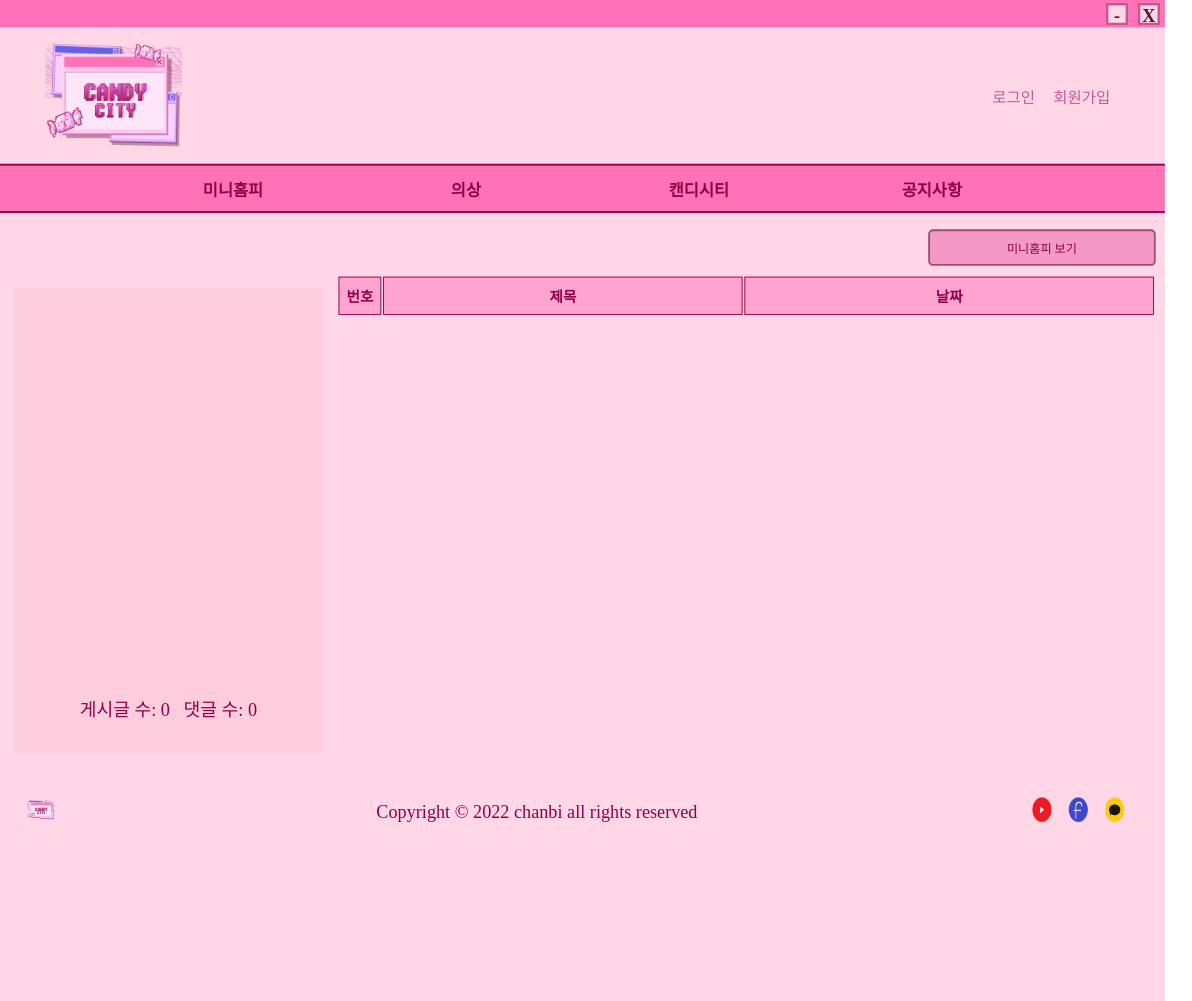
Repository: chanbiM/candyCityProject
Page: http://localhost/CandyCityProj/GetPostList
An editor plug-in stored every save of this project. The page is shown before and after the next save, followed by the edit.
The browser window is 1280 px wide. The page is 1310 px wide, so the pictures cover 1310 px, including what lies to the right of the window. The pictures show the whole page, at 91% of full size.
Some web fonts or font styles are not loaded; a fallback is used. The page is served by Tomcat 9. Other server files are loaded and not shown. Queries for data that is not in the repository find no rows.

Above is the page before, as saved 2022-11-18 10:01:38.

### CandyCityProj/WebContent/member/homepi/postList.jsp
<%@page import="vo.PostVO"%>
<%@page import="java.util.ArrayList"%>
<%@ page language="java" contentType="text/html; charset=UTF-8"
	pageEncoding="UTF-8"%>
<%@ include file="/header.jsp"%>
<link rel="stylesheet" href="/css/homepiStyle.css">
<link rel="stylesheet" href="/css/postListStyle.css">
<%
	MemberVO hompiData = (MemberVO) request.getAttribute("homepiUser");
	ArrayList<PostVO> postData = (ArrayList<PostVO>) request.getAttribute("postData");
%>
	        <!-- 미니홈피 보기-->
        <br>
			<!-- 버튼박스-->
			<div class="buttonBox">
			<button class="listBtn">
				<a href="/GetHomepi?id=<%= hompiData.getId() %>">미니홈피 보기</a>
			</button>
			<%
			if(vo != null) {

			%>
			<button class="listBtn">
				<a href="/GetHomepi?id=<%= vo.getId() %>">내 미니홈피로</a>
			</button>
			<%
			}
			%>

			</div>

			<div class="character_info">
	<div class="info_character">
		<!-- 유저캐릭터 전신 삽입-->
	</div>

	<!--내 홈피일 경우-->
	<%
	if(vo == null) {
	%>
		<br><br><br><br>
		<p style="font-size: 20px;">게시글 수: <%= hompiData.getPostNum() %> &nbsp; 댓글 수: <%= hompiData.getCommentNum() %></p>
	<%
	} else {
	%>
		<% if(vo.getId().equals(hompiData.getId())) {%>
		<a href="#" style="color: #804d66;">캐릭터 설정</a><br> <br>
		<button id="post_btn">
			<a href="/member/post/insertPost.jsp">글쓰기</a>
		</button>
		<% } %>
		<p style="font-size: 16px;">게시글 수: <%= hompiData.getPostNum() %> &nbsp; 댓글 수: <%= hompiData.getCommentNum() %></p>
	<% } %>

</div>

			<!--대표 게시글 목록-->
			<table id="post_list">
				<tr>
					<th class="number">
						번호
					</th>

					<th class="title">
						제목
					</th>

					<th class="name">
						날짜
					</th>
				</tr>

				<%
					int num = 1;
					for(PostVO data : postData) {
				%>
					<tr>
						<td>
							<a href=""><%= num %></a>
						</td>
						<td>
							<a href=""><%= data.getTitle() %></a>
						</td>
						<td>
						<%
                				if(data.getUpdateDate() == null) {
                			%>
                				<a href=""><%= data.getWriteDate() %></a>
                			<%
                				} else {
                			%>
                					<a href=""><%= data.getUpdateDate() %></a>
                			<%
                				}
                			%>
						</td>
				</tr>
					<% num++; %>
				<% } %>


			</table>

<%@ include file="/footer.jsp"%>

### CandyCityProj/WebContent/header.jsp
<%@page import="vo.MemberVO"%>
<%@ page language="java" contentType="text/html; charset=UTF-8"
	pageEncoding="UTF-8"%>
<!DOCTYPE html>
<html>
<head>
<meta charset="UTF-8">
<title>Candy City</title>
<link rel="stylesheet" href="/css/mainStyle.css">
<script src="/js/jquery-3.1.1.min.js"></script>
</head>
<body>
	<div class="wrapper">
		<!-- 창 바 -->
		<div class="window">
			<button class="widow_btn" id="-_btn">-</button>
			<button class="widow_btn" id="x_btn">X</button>
		</div>

		<header>
			<!-- 로고 -->
			<div class="logo">
				<a href="/index.jsp"><img alt="로고" src="/images/logo.png"></a>
			</div>

			<!-- 기타 메뉴바 -->
			<div class="minimenu">

				<ul>
					<%
						MemberVO vo = (MemberVO) session.getAttribute("loginOK");
						if (vo == null) {
					%>
					<li><a href="/member/login.jsp">로그인</a></li>
					<li><a href="/member/insertMember.jsp">회원가입</a></li>
					<%
						} else {
					%>
					<li><a href="/member/myPage.jsp"><%=vo.getName()%>님</a></li>
					<li><a href="/logout"> 로그아웃 </a></li>
					<li><a href="/member/myPage.jsp">마이페이지</a></li>

					<%
						}
					%>
				</ul>

			</div>
		</header>

		<!-- 메뉴바 -->
		<nav>
			<ul class="mainmenu">
				<li><a href="/getHomepiList">미니홈피</a>
					<ul class="submenu">
					<%
						if (vo == null) {
					%>
						<li><a href="/member/login.jsp">내 미니홈피</a></li>
						<li><a href="/getHomepiList">미니홈피 목록</a></li>
					<%
						} else {
					%>

						<li><a href="/GetHomepi?id=<%= vo.getId() %>">내 미니홈피</a></li>
						<li><a href="/getHomepiList">미니홈피 목록</a></li>
					<%
						}
					%>
					</ul></li>

				<li><a href="#">의상</a>
					<ul class="submenu">
					<%
						if (vo == null) {
					%>
						<li><a href="/member/login.jsp">내 의상</a></li>
						<li><a href="/member/login.jsp">의상 상점</a></li>
						<li><a href="/member/login.jsp">의상 설정</a></li>
					<% } else {
					%>
						<li><a href="/getcCostumeList?id=<%= vo.getId() %>&name=<%= vo.getName() %>">내 의상</a></li>
						<li><a href="/getShopList?id=<%= vo.getId() %>">의상 상점</a></li>
						<li><a href="/characterSet">의상 설정</a></li>
					<%
					} %>
					</ul></li>

				<li><a href="/getCandyCityList">캔디시티</a>
					<ul class="submenu">
					</ul></li>

				<li><a href="/getNoticeList?type=E">공지사항</a>
					<ul class="submenu">
						<li><a href="/getNoticeList?type=E">이벤트</a></li>
						<li><a href="/getNoticeList?type=N">공지사항</a></li>
						<li><a href="/getNoticeList?type=R">당첨자 발표</a></li>
					</ul></li>

				<%
					MemberVO adminVo = (MemberVO) session.getAttribute("manager");
					if (adminVo != null) {
				%>
				<li><a href="/getUserList">관리자용 메뉴</a>
					<ul class="submenu">
						<li><a href="/getUserList">유저 리스트</a></li>
						<!-- <li><a href="#">문의글 확인</a></li>
						<li><a href="#">신고글 확인</a></li> -->
						<li><a href="/admin/noticeInsert.jsp">공지사항/이벤트 작성</a></li>
					</ul></li>
			<%
				}
			%>
			</ul>

		</nav>

### CandyCityProj/WebContent/footer.jsp
<%@ page language="java" contentType="text/html; charset=UTF-8"
    pageEncoding="UTF-8"%>
        <!-- 푸터 영역 -->
        <footer>
            <!-- 하단로고 -->
            <div>
                <a href="/index.jsp" class="logo">
                    <img src="/images/logo.png" alt="로고" >
                </a>
            </div>
            <!-- 카피라이트 -->
            <div class="copyright">
                <p> Copyright &copy; 2022 chanbi all rights reserved</p>
            </div>
            <!-- SNS -->
            <div>
                <ul class="sns">
                    <li><a href="https://www.youtube.com/@rorochanbi"><img src="/images/youtube.png" alt="유튜브" height="40"></a></li>
                    <li><a href="#"><img src="/images/facebook.png" alt="페이스북" height="40"></a></li>
                    <li><a href="https://open.kakao.com/o/s1olGebe"><img src="/images/kakao.png" alt="카카오톡" height="40"></a></li>
                </ul>
            </div>
        </footer>
    </div>
	<script src="/js/script.js"></script>
</body>
</html>

### CandyCityProj/src/controller/GetPostListController.java
package controller;

import java.io.IOException;
import java.io.PrintWriter;
import java.util.ArrayList;

import javax.servlet.ServletException;
import javax.servlet.annotation.WebServlet;
import javax.servlet.http.HttpServlet;
import javax.servlet.http.HttpServletRequest;
import javax.servlet.http.HttpServletResponse;

import dao.MemberDAO;
import dao.PostDAO;
import vo.MemberVO;
import vo.PostVO;

/**
 * Servlet implementation class GetPostList
 */
@WebServlet("/GetPostList")
public class GetPostListController extends HttpServlet {
	private static final long serialVersionUID = 1L;

	public GetPostListController() {
		super();
		// TODO Auto-generated constructor stub
	}

	protected void doGet(HttpServletRequest request, HttpServletResponse response)
			throws ServletException, IOException {
		response.setContentType("text/html; charset=UTF-8");
		request.setCharacterEncoding("UTF-8");
		PrintWriter out = response.getWriter();
		MemberDAO dao = new MemberDAO();
		PostDAO postDao = new PostDAO();

		String userId = request.getParameter("id");

		if (userId == null) {
			out.println("<script>alert('잘못된 경로입니다'); history.back(); </script>");
		}

		MemberVO homepiData = dao.getMemberInfo(userId);
		ArrayList<PostVO> postData = postDao.getPost(userId);

		if (homepiData.getId() == null) {
			out.println("<script>alert('해당 유저를 찾을 수 없습니다'); history.back(); </script>");
		}

		request.setAttribute("homepiUser", homepiData);
		request.setAttribute("postData", postData);

		request.getRequestDispatcher("/member/homepi/postList.jsp").forward(request, response);
	}


	protected void doPost(HttpServletRequest request, HttpServletResponse response)
			throws ServletException, IOException {
		// TODO Auto-generated method stub
		doGet(request, response);
	}

}

### CandyCityProj/src/vo/MemberVO.java
package vo;

import java.sql.Date;

import oracle.sql.DATE;

public class MemberVO {
	private String id;
	private String pwd;
	private String name;
	private String gender;
	private int join_num;
	private int candy;
	private int postNum;
	private int commentNum;
	private String manager;
	private String introduce;

	private Date joinDate;
	private Date loginDate;

	public Date getJoinDate() {
		return joinDate;
	}

	public void setJoinDate(Date joinDate) {
		this.joinDate = joinDate;
	}

	public Date getLoginDate() {
		return loginDate;
	}

	public void setLoginDate(Date loginDate) {
		this.loginDate = loginDate;
	}

	public String getIntroduce() {
		return introduce;
	}

	public void setIntroduce(String introduce) {
		this.introduce = introduce;
	}

	public MemberVO() {
	}

	public String getId() {
		return id;
	}

	public void setId(String id) {
		this.id = id;
	}

	public String getPwd() {
		return pwd;
	}

	public void setPwd(String pwd) {
		this.pwd = pwd;
	}

	public String getName() {
		return name;
	}

	public void setName(String name) {
		this.name = name;
	}

	public String getGender() {
		return gender;
	}

	public void setGender(String gender) {
		this.gender = gender;
	}

	public int getJoin_num() {
		return join_num;
	}

	public void setJoin_num(int join_num) {
		this.join_num = join_num;
	}

	public int getCandy() {
		return candy;
	}

	public void setCandy(int candy) {
		this.candy = candy;
	}

	public int getPostNum() {
		return postNum;
	}

	public void setPostNum(int postNum) {
		this.postNum = postNum;
	}

	public int getCommentNum() {
		return commentNum;
	}

	public void setCommentNum(int commentNum) {
		this.commentNum = commentNum;
	}

	public String getManager() {
		return manager;
	}

	public void setManager(String manager) {
		this.manager = manager;
	}

}

### CandyCityProj/src/common/JdbcUtill.java
package common;

import java.sql.Connection;
import java.sql.DriverManager;
import java.sql.PreparedStatement;
import java.sql.ResultSet;

public class JdbcUtill {
	public static Connection getConnection() {
		Connection conn = null;

		try {
			Class.forName("oracle.jdbc.driver.OracleDriver");
			conn = DriverManager.getConnection("jdbc:oracle:thin:@localhost:1521:xe", "hr", "hr");
		} catch (Exception e) {
			System.out.println("DB 연결 실패");
			e.printStackTrace();
		}
		return conn;
	}

	public static void close(Connection conn, PreparedStatement pstmt) {
		if (pstmt!= null) {
			try {
				pstmt.close();
			} catch (Exception e) {
				// TODO: handle exception
				System.out.println("pstmt.close() 실패");
			}
		}

		if(conn != null) {
			try {
				conn.close();
			} catch (Exception e) {
				// TODO: handle exception
				System.out.println("conn.close() 실패");
				e.printStackTrace();
			}
		}
	}

	public static void close(Connection conn, PreparedStatement pstmt, ResultSet rs) {
		if(rs != null) {
			try {
				rs.close();
			} catch (Exception e) {
				// TODO: handle exception
				System.out.println("rs.close() ����");
				e.printStackTrace();
			}
		}
		close(conn, pstmt);
	}


}

### CandyCityProj/WebContent/css/homepiStyle.css
body {
    -ms-overflow-style: none;
}

a:hover {
	cursor: pointer;
}
body::-webkit-scrollbar {
    display: none;
}
.wrapper {
	min-height: 1100px;
}

.member_info {
    width: 95%;
    background-color: #fecddd;
    height: 150px;
    margin: auto;
    padding: 20px;
}

.member_info li{
	height: 100%;
}
.member_info ul {
    display: flex;
    justify-content: space-evenly;
    align-items: center;
    height: 100%;
}

.profile_char img{
    width: 150px;
    height: 150px;
    background-color: rgb(164, 111, 130);
    border-radius: 20px;
}

.info {
    width: 800px;
}

#homepi_info {
    width: 150px;
    height: 40px;
    margin-top: 100px;
    background-color: #ca6497;
    color: #fff1f1;
    border: 2px #9a4f74 solid;
    border-radius: 5px;
}

#homepi_info:hover {
    background-color: #943464;
    color: #d5c8c8;
    cursor: pointer;
    transition: background-color 0.2s, color 0.2s;
}

input:focus {outline: none;}

input::placeholder {
    color: #7e3b5d;
}

.character_info {
    float: left;
    width: 300px;
    background-color: #fecddd;
    height: 470px;
    margin: 15px;
    padding: 20px;
    text-align: center;
}

.info_character {
    width: 280px;
    border-radius: 20px;
    height: 350px;
    display: flex;
    margin: auto;
    margin-bottom: 5px;
}

.info_character img {
	width: 300px;
	height: 400px;
	position: absolute;
}

#post_btn {
    width: 250px;
    height: 40px;
    margin-bottom: 10px;
    background-color: #ca6497;
    color: #fff1f1;
    border: 2px #9a4f74 solid;
    border-radius: 5px;
}
#post_btn:hover {
    background-color: #943464;
    color: #d5c8c8;
    cursor: pointer;
    transition: background-color 0.2s, color 0.2s;
}

.post_search {
    margin: 15px;

}

input[type="text"]{
   width: 65%;
   height: 50px;

    font-size: 25px;
    padding-left: 5px;
    /*border: #811b4e 2px solid;*/
    border: 2px solid #943464;
    background-color: rgb(255, 255, 255);
  }

  input[type="submit"]{
    width: 5%;
    height: 56px;
    background-color: #ca6497;
    color: #fff1f1;
    border: 2px #9a4f74 solid;
  }
  input[type="submit"]:hover {
    background-color: #943464;
    color: #d5c8c8;
    cursor: pointer;
    transition: background-color 0.2s, color 0.2s;
}

.representative_post {
    border: 2px solid #943464;

    width: 66%;
    height: 750px;
    display: inline-block;
    padding: 20px;
}
#post_content {
    height: 370px;
}
#post_list {
    display: flex;
    align-items: flex-end;
    justify-content: flex-end;
}
#post_list button{
    background-color: #ca6497;
    color: #fff1f1;
    border: 2px #9a4f74 solid;
    width: 200px;
    height: 40px;
}



#post_list button:hover {
    background-color: #943464;
    color: #d5c8c8;
    cursor: pointer;
    transition: background-color 0.2s, color 0.2s;
}

hr {
    width: 100%;
    text-align: center;
    margin: auto;

	height : 1px;
    border: 0;
	background-color : #811b4e;
}

.post {
    border: 2px solid #943464;

    width: 66%;
    height: 750px;
    display: inline-block;
    padding: 20px;
}

.title {
	margin: 0px;
}

.notice {
	border: 2px solid #943464;

    width: 1180px;
    height: 750px;
    padding: 20px;
    margin: 30px;
}

#notice_content {
	height: 600px;
}

#notice_list {
    display: flex;
    justify-content: flex-end;
    margin-right: 30px;
}
#notice_list button{
    background-color: #ca6497;
    color: #fff1f1;
    border: 2px #9a4f74 solid;
    width: 200px;
    height: 40px;
}


.head {
	z-index: 60;
}

.eyes {
	z-index: 59;
}

.body {
	z-index: 61;
}

.shoes {
	z-index: 58;
}

.character {
	z-index: 50;

}

### CandyCityProj/WebContent/css/postListStyle.css
#post_list {
    width: 900px;
    display: flex;
    justify-content: center;

}

th {
	background-color: #ffa4d1;
}


td, th, tr {
	text-align: center;
    border: 1px solid;
    height: 40px;
    overflow: hidden;
}

.number {
    width: 70px;
}

.title {
    width: 700px;
}
.date {
	width: 300px;
}
.end {
	width: 250px;
}
.type {
    width: 80px;
}

.name {
	width: 800px;
}

.joinDate {
	width: 400px;
}

.loginDate {
	width: 400px;
}

.buttonBox {
	width: 100%;
    display: flex;
    justify-content: flex-end;

}

.listBtn {
	margin-right: 10px;
	margin-bottom: 20px;
	width: 250px;
    height: 40px;
    margin-bottom: 10px;
    background-color: #f499c5;
    border: 2px #9a4f74 solid;
    border-radius: 5px;
}

.listBtn:hover {
    background-color: #943464;
    color: #d5c8c8;
    cursor: pointer;
    transition: background-color 0.2s, color 0.2s;
}

h2 {
	margin-left: 20px;
	margin-top: 10px;
}

.homepiList {
	margin: auto;

}

.nickName {
	width: 1200px;
}

.candyCity {
	width: 100%;
	height: 400px;
	margin-bottom: 30px;
	display: flex;
}

.char img {
	margin-top: 20px;
	position: absolute;
}


#candy_back{
	position: absolute;
}

.mainList {
	width: 100%;
	display: flex;
	flex-wrap:wrap;
}

h3 {
	margin-top: 100px;
	text-align: center;
	margin-bottom: 150px;
}
.mainList li {
	width: 20%;
	display: flex;
	justify-content: center;



}

.subList {
	width: 100%;
	height: 300px;
	align-items: center;

}

.subList li{
	width: 100%;
	text-align: center;
	overflow: hidden;
	height: 300px;
}

.char_name {
	height: 50px;
	z-index: 70;
}

Loaded but not shown: CandyCityProj/WebContent/js/jquery-3.1.1.min.js (library); CandyCityProj/WebContent/js/script.js (73 lines, source omitted); CandyCityProj/src/dao/MemberDAO.java (382 lines, source omitted); CandyCityProj/WebContent/css/mainStyle.css (514 lines, source omitted); CandyCityProj/src/dao/PostDAO.java (297 lines, source omitted)

After the next save:
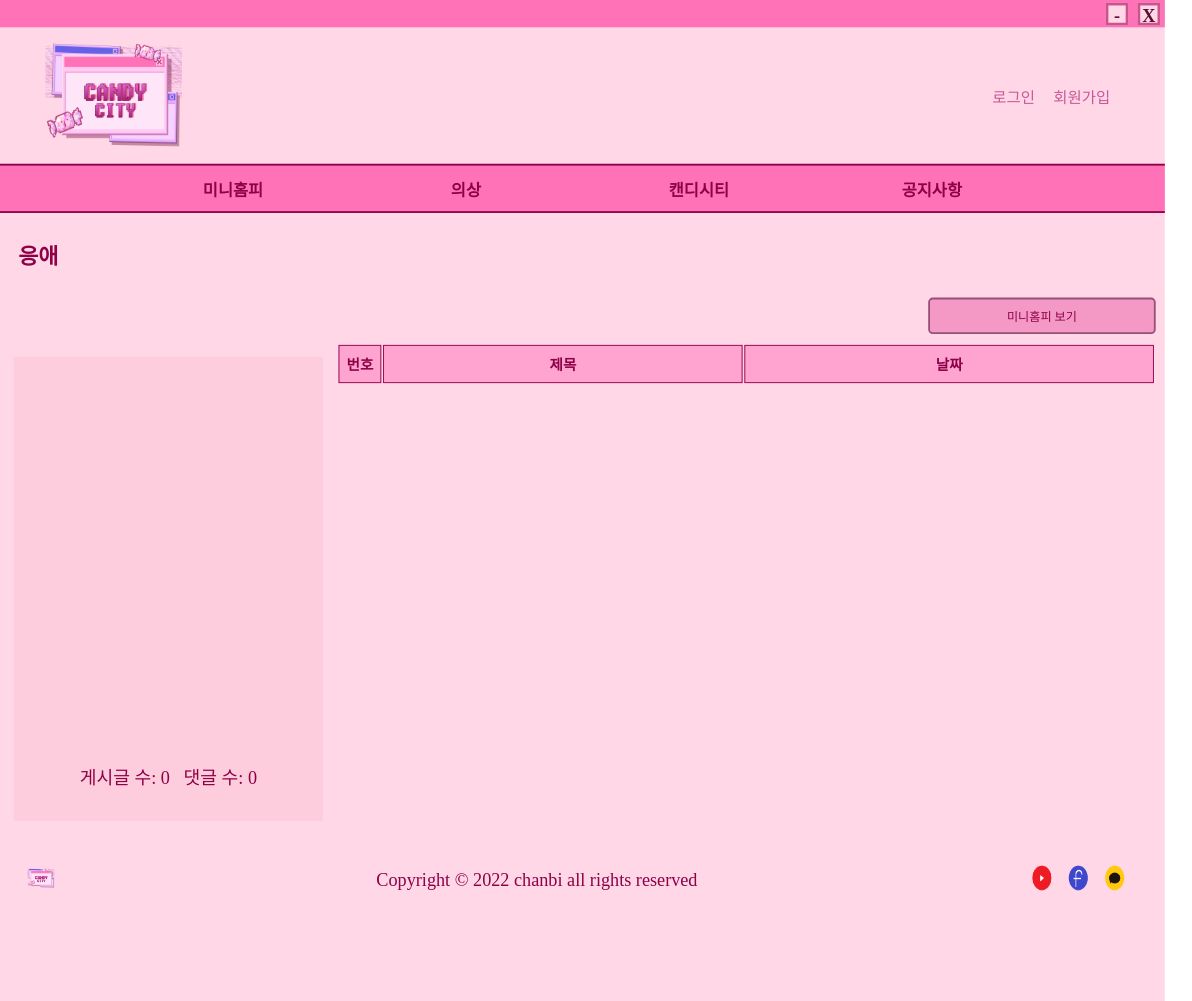
Saved 82 s later.
--- a/CandyCityProj/WebContent/member/homepi/postList.jsp
+++ b/CandyCityProj/WebContent/member/homepi/postList.jsp
@@ -11,6 +11,7 @@
 %>
 	        <!-- 미니홈피 보기-->
         <br>
+        <h2>응애</h2>
 			<!-- 버튼박스-->
 			<div class="buttonBox">
 			<button class="listBtn">
